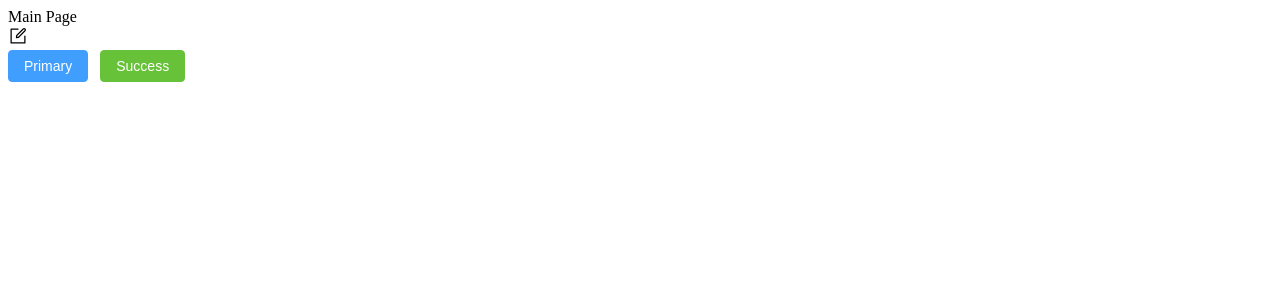
Repository: dishuibaby/vue-app
Page: /
An editor plug-in stored every save of this project. The page is shown before and after the next save, followed by the edit.
The browser window is 1280 px wide. The pictures show the whole page.
The project was rebuilt for these pictures with package versions that can differ from the ones it lists, and the page was loaded fresh each time. Also part of the build but not shown: vite.config.js, src/components/CommonHeader.vue.

Above is the page before, as saved 2024-08-11 18:10:03.

After the next save:
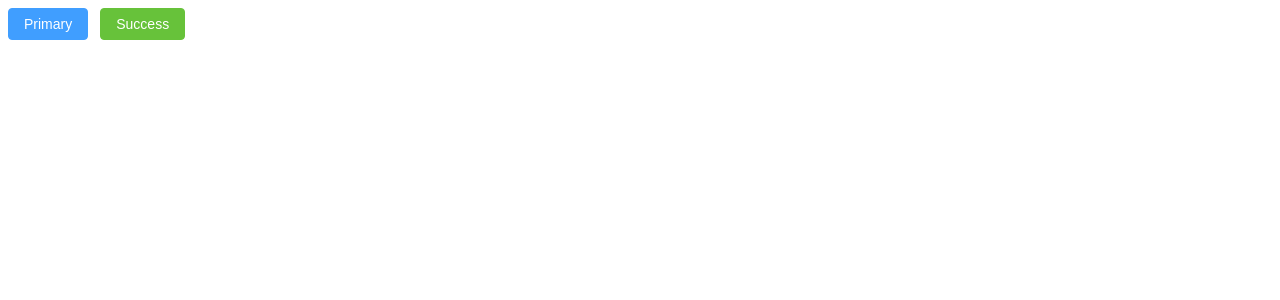
Saved 95 s later.
--- a/src/views/Main.vue
+++ b/src/views/Main.vue
@@ -3,10 +3,7 @@
 </script>
 
 <template>
-  <div>Main Page</div>
-  <el-icon :size="20">
-    <Edit />
-  </el-icon>
+  <div class="common-layout"></div>
 </template>
 
 <style scoped>
